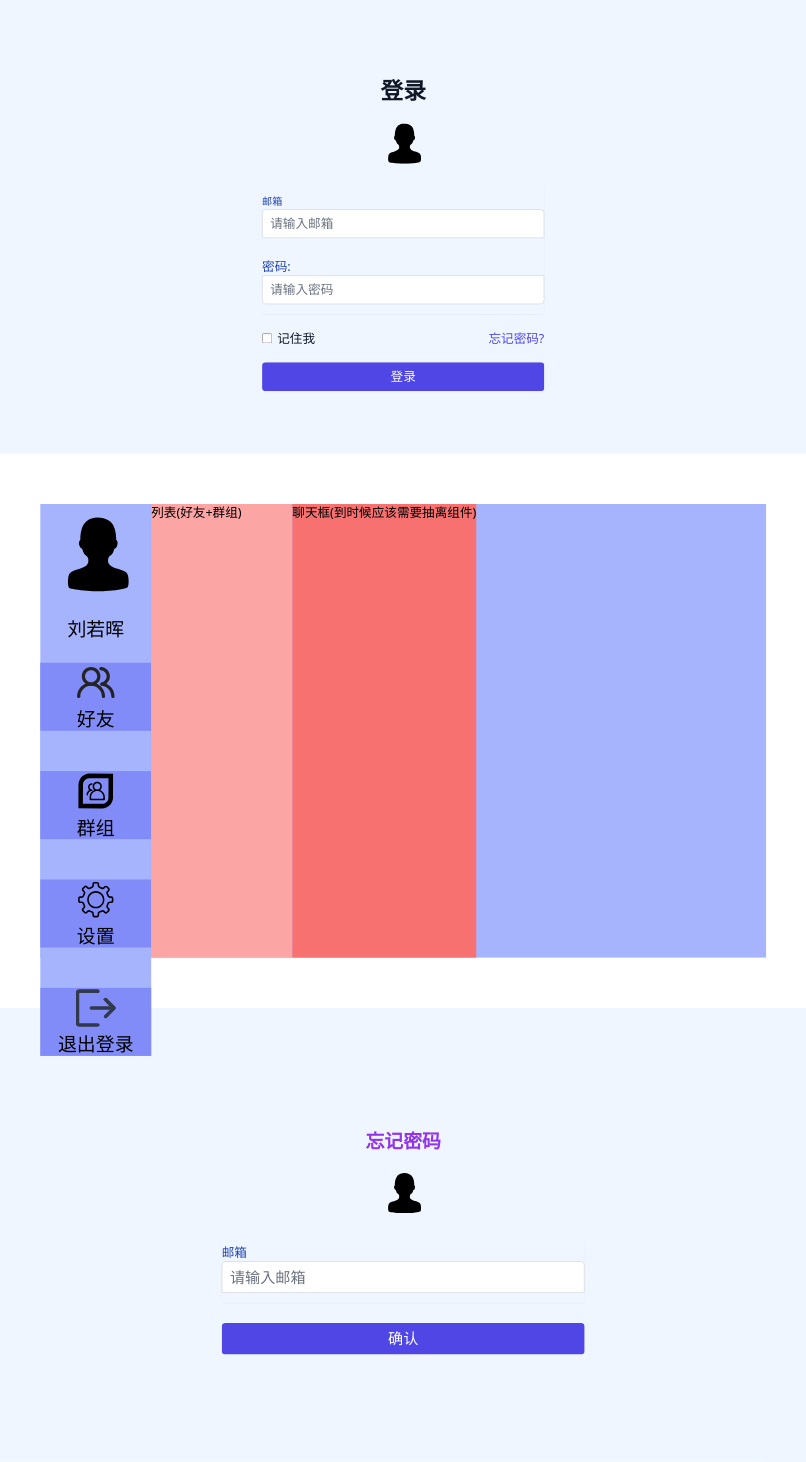
Repository: LiuRuohui/test_the_tailwindcss
Page: /
The author's editor kept a copy of each file at every save. The page is drawn from the files as they stood at one save, then again after the next save.
The browser window is 1280 px wide. The pictures show the whole page, at 63% of full size.
The project was rebuilt for these pictures with package versions that can differ from the ones it lists, and the page was loaded fresh each time. Also part of the build but not shown: vite.config.js, src/components/WelcomingPage.vue, src/components/RegisterPage.vue, src/components/HelloWorld.vue.

Above is the page before, as saved 2022-03-04 22:23:02.

### src/App.vue
<script setup>
import WelcomingPage from "./components/WelcomingPage.vue"
import RegisterPage from "./components/RegisterPage.vue"
import LoginPage from "./components/LoginPage.vue";
import MainPage from "./components/MainPage.vue";
import ForgetPasswd from "./components/ForgetPasswd.vue";
import HelloWorld from "./components/HelloWorld.vue";
</script>

<template>
<!--<WelcomingPage class="bg-blue-50 page"></WelcomingPage>
<RegisterPage class="bg-blue-50 page"></RegisterPage>  -->
<LoginPage class="bg-blue-50 page"></LoginPage>
<MainPage class="bg-blue-50 page"></MainPage>
<ForgetPasswd class="bg-blue-50 page"></ForgetPasswd>

</template>

<style>
.page{
    height: 100vh;
}
</style>

### src/index.css
@tailwind base;
@tailwind components;
.inputFrame {
    @apply appearance-none rounded-none relative block w-full px-3 py-2 border border-gray-300 placeholder-gray-500 text-gray-900
}

.inputFrame:focus {
    @apply outline-none border-indigo-500 z-10 inline-block px-5 py-3 rounded-lg shadow-lg
}

.btn {
    @apply relative flex w-full justify-center py-2 border border-transparent font-medium rounded-md text-white bg-indigo-600
}

.btn:hover {
    @apply bg-indigo-700
}

.btn:focus {
    @apply outline-none ring-2 ring-offset-2 ring-indigo-500
}

@tailwind utilities;
@layer components {
    .card {
        background-color: theme('colors.blue.500');
        border-radius: theme('borderRadius.lg');
        padding: theme('spacing.6');
        box-shadow: theme('boxShadow.xl');
    }
    /* ... */
}

### src/components/LoginPage.vue
<template>
<div class="min-h-full flex items-center justify-center py-12 px-4 sm:px-6 lg:px-8">
  <div class="max-w-md w-full space-y-8">
    <div>
      <h2 class="mt-6 text-center text-4xl font-extrabold text-gray-900">登录</h2>
    </div>
    <div>
        <img class="h-16 w-1/2 mx-auto" src="../assets/用户.svg" alt="这里有一张图片">
    </div>
    <div class="mt-8 space-y-6">
      <input type="hidden" name="remember" value="true">
      <div class="rounded-md shadow-sm -space-y-px">
        <div class="py-4 text-blue-800">
          <label for="email-address">邮箱</label>
          <input id="email-address" name="email" type="email" autocomplete="email" required class="inputFrame rounded-t-md  sm:text-xl" placeholder="请输入邮箱">
        </div>
        <div class="py-4 text-blue-800 sm:text-xl">
          <label for="passwd">密码:</label>
          <input id="passwd" name="passwd" type="password" autocomplete="current-password" required class="inputFrame rounded-b-md  sm:text-xl" placeholder="请输入密码">
        </div>
      </div>

      <div class="flex items-center justify-between">
        <div class="flex items-center">
          <input id="remember-me" name="remember-me" type="checkbox" class="h-4 w-4 text-indigo-600 focus:ring-indigo-500 border-gray-300 rounded">
          <label for="remember-me" class="ml-2 block text-sm sm:text-xl text-gray-900"> 记住我</label>
        </div>

        <div class="text-sm">
          <a href="#" class="font-medium sm:text-xl text-indigo-600 hover:text-indigo-500"> 忘记密码? </a>
        </div>
      </div>

      <div>
        <button @click="submit" type="submit" class="btn group sm:text-xl">
          登录
        </button>
      </div>
    </div>
  </div>
</div>
</template>

<script>

</script>

### src/components/MainPage.vue
<template>
<div class="flex flex-row sm:mx-16 sm:my-20 sm:text-xl bg-indigo-300">
    <div class="sm:basis-44 ">
        <div class="grid grid-rows-3 sm:gap-6 gap-3">
            <div class="row-span-2">
                <img src="../assets/用户.svg" alt="" class="mt-2 h-8 sm:mt-4 sm:h-32 w-2/3 mx-auto">
            </div>
            <div class="sm:text-3xl text-center m-auto">{{nickname}}</div>
            <div class="grid grid-rows-4 gap-16 bg-indigo-300">
                <div class="bg-indigo-400" @click="gotoFriends">
                    <img src="../assets/好友.svg" alt="好友" class="h-16 m-auto">
                    <p class="sm:text-3xl text-xl text-center mt-2">好友</p>
                </div>
                <div class="bg-indigo-400" @click="gotoGroups">
                    <img src="../assets/群组.svg" alt="群组" class="h-16 m-auto">
                    <p class="sm:text-3xl text-xl text-center mt-2">群组</p>
                </div>
                <div class="bg-indigo-400" @click="settings">
                    <img src="../assets/设置.svg" alt="设置" class="h-16 m-auto">
                    <p class="sm:text-3xl text-xl text-center mt-2">设置</p>
                </div>
                <div class="bg-indigo-400" @click="Logout">
                    <img src="../assets/退出.svg" alt="退出" class="h-16 m-auto">
                    <p class="sm:text-3xl text-xl text-center mt-2">退出登录</p>
                </div>
            </div>
        </div>
    </div>

    <div class="sm:basis-56 bg-red-300">
      列表(好友+群组)
    </div>

    <div class="sm:basis-auto bg-red-400">
      聊天框(到时候应该需要抽离组件)
    </div>
</div>
</template>

<script setup>
import {ref} from "vue"
const nickname = ref('刘若晖')

function settings(){
    alert('你点击了设置')
}

function gotoFriends(){
    alert('显示好友列表')
}

function gotoGroups(){
    alert('显示群组列表')
}

function Logout(){
    var choose = confirm('退出登录!')
    if(choose == true){
        alert('退出登录，返回登录界面')
    }else{
        alert('111')
    }
}
</script>

### src/components/ForgetPasswd.vue
<template>
<div class="flex items-center justify-center py-12 px-4 sm:px-6 lg:px-8c">
    <div class="sm:max-w-xl sm:object-center sm:object-cover w-full space-y-8">
        <div>
            <h2 class="mt-6 text-center sm:text-3xl font-extrabold text-purple-600">忘记密码</h2>
        </div>
        <div>
            <img class="h-16 w-1/2 mx-auto" src="../assets/用户.svg" alt="这里有一张图片">
        </div>
      <div class="rounded-md shadow-sm sm:text-xl">
        <div class="py-4 text-blue-800">
          <label for="email-address sm:text-2xl">邮箱</label>
          <input id="email-address" name="email" type="email" autocomplete="email" required class="inputFrame rounded-t-md  sm:text-2xl" placeholder="请输入邮箱">
        </div>
      </div>
      <div class="sm:text-2xl sm:mt-8">
          <button @click="sendEmail" class="btn group sm:text-2xl">确认</button>
      </div>
    </div>
</div>
</template>

<script setup>
function sendEmail(){
    var name = document.getElementById("email-address").value;
    if(!isEmail(name)){
        alert('邮箱格式不正确！请重新输入！')
    }else{
        var confirmation = confirm('确认忘记密码？点击确认之后系统会将密码发到您的邮箱！')
        if(confirmation == true){
        alert('请查收邮箱！')
        }
    }
}
function isEmail(str){
    var reg = /^([a-zA-Z0-9_-])+@([a-zA-Z0-9_-])+(.[a-zA-Z0-9_-])+/
    return reg.test(str)
}
</script>

### tailwind.config.js
module.exports = {
    content: [
        "./index.html",
        "./src/**/*.{vue,js,ts,jsx,tsx}",
    ],
    theme: {
        extend: {},
    },
    variants: {
        backgroundColor: ['responsive', 'hover', 'focus', 'active']
    },
    plugins: [],
}

Loaded but not shown: index.html (common file); src/main.js (common file)

After the next save:
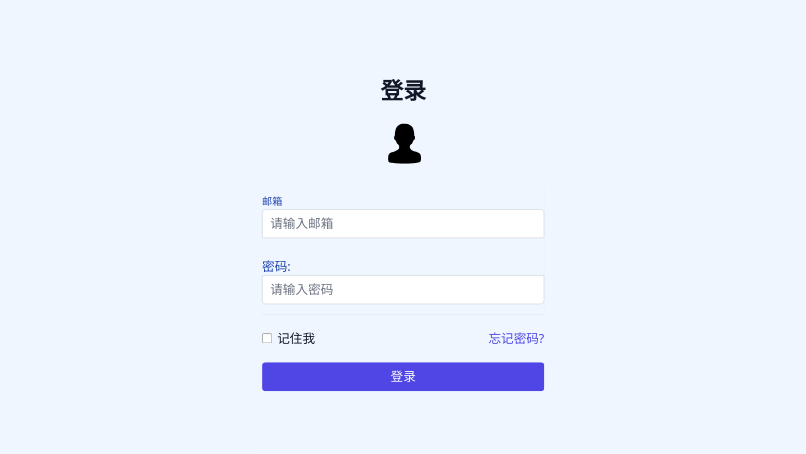
Saved 4 s later.
--- a/src/App.vue
+++ b/src/App.vue
@@ -11,8 +11,7 @@ import HelloWorld from "./components/HelloWorld.vue";
 <!--<WelcomingPage class="bg-blue-50 page"></WelcomingPage>
 <RegisterPage class="bg-blue-50 page"></RegisterPage>  -->
 <LoginPage class="bg-blue-50 page"></LoginPage>
-<MainPage class="bg-blue-50 page"></MainPage>
-<ForgetPasswd class="bg-blue-50 page"></ForgetPasswd>
+
 
 </template>
 
